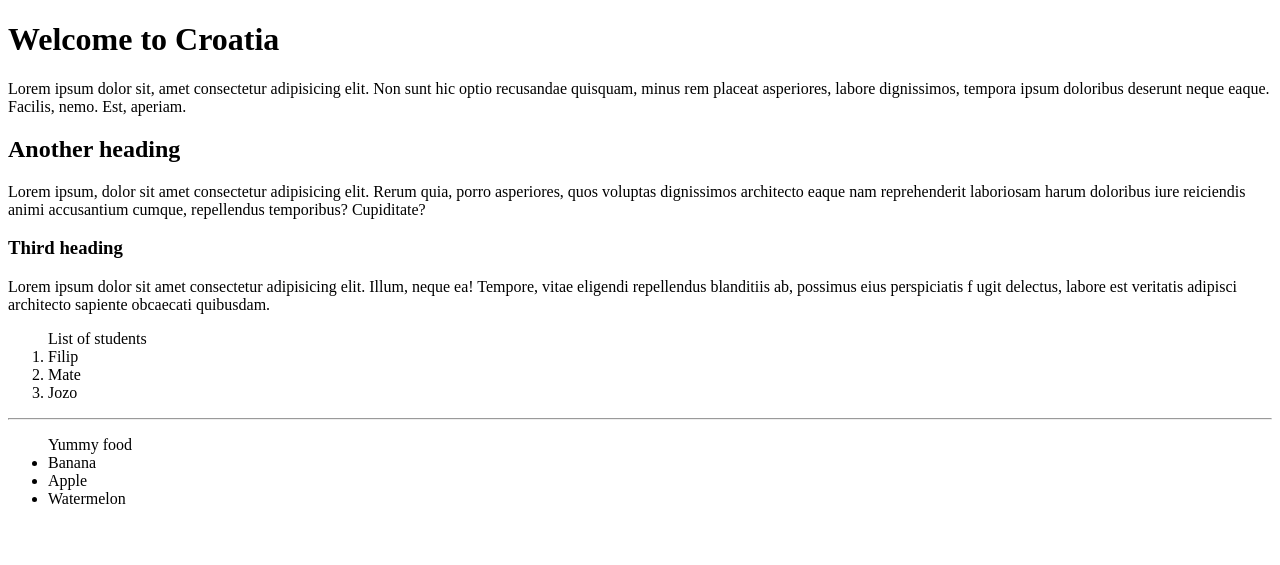
Repository: Filip-Husic/AW_frontend
Page: ex1.html
These files come from the project's save history. The page is drawn as it stood at one moment and after a run of saves; the edit follows.
The browser window is 1280 px wide. The pictures show the whole page.

Above is the page before, as saved 2022-11-23 09:43:17.

After the next 2 saves:
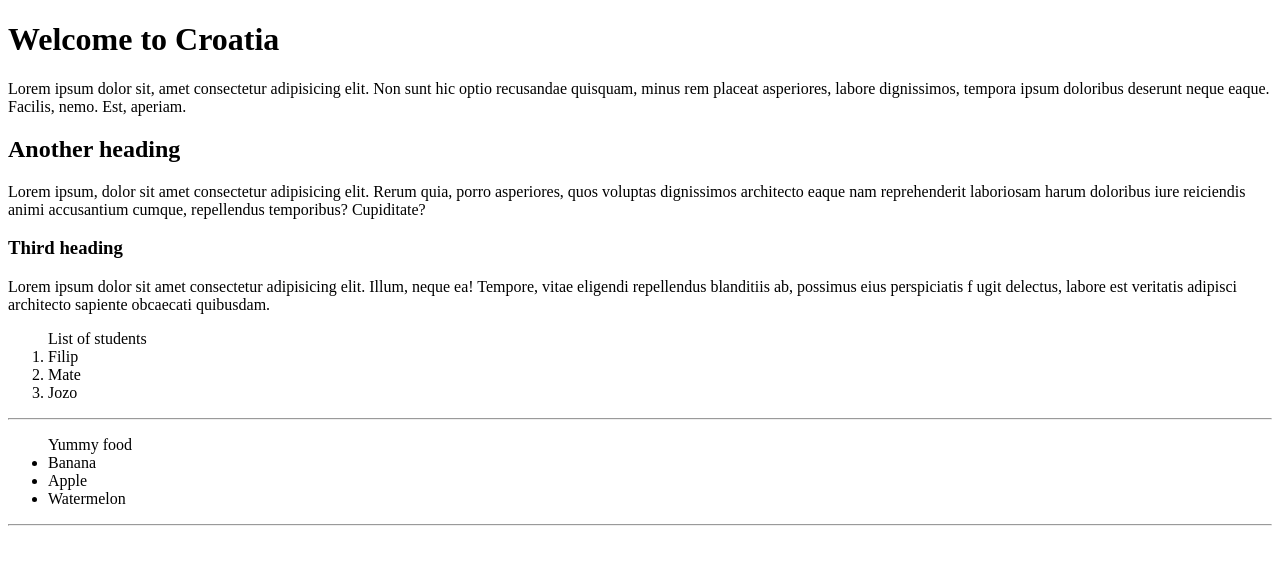
The 2 saves are shown as one change because they came seconds apart.
The last was saved 55 s later.
--- a/ex1.html
+++ b/ex1.html
@@ -41,5 +41,9 @@
             <li>Watermelon</li>
         </ul>
 
+        <hr>
+
+        <a href=""></a>
+
     </body>
 </html>
